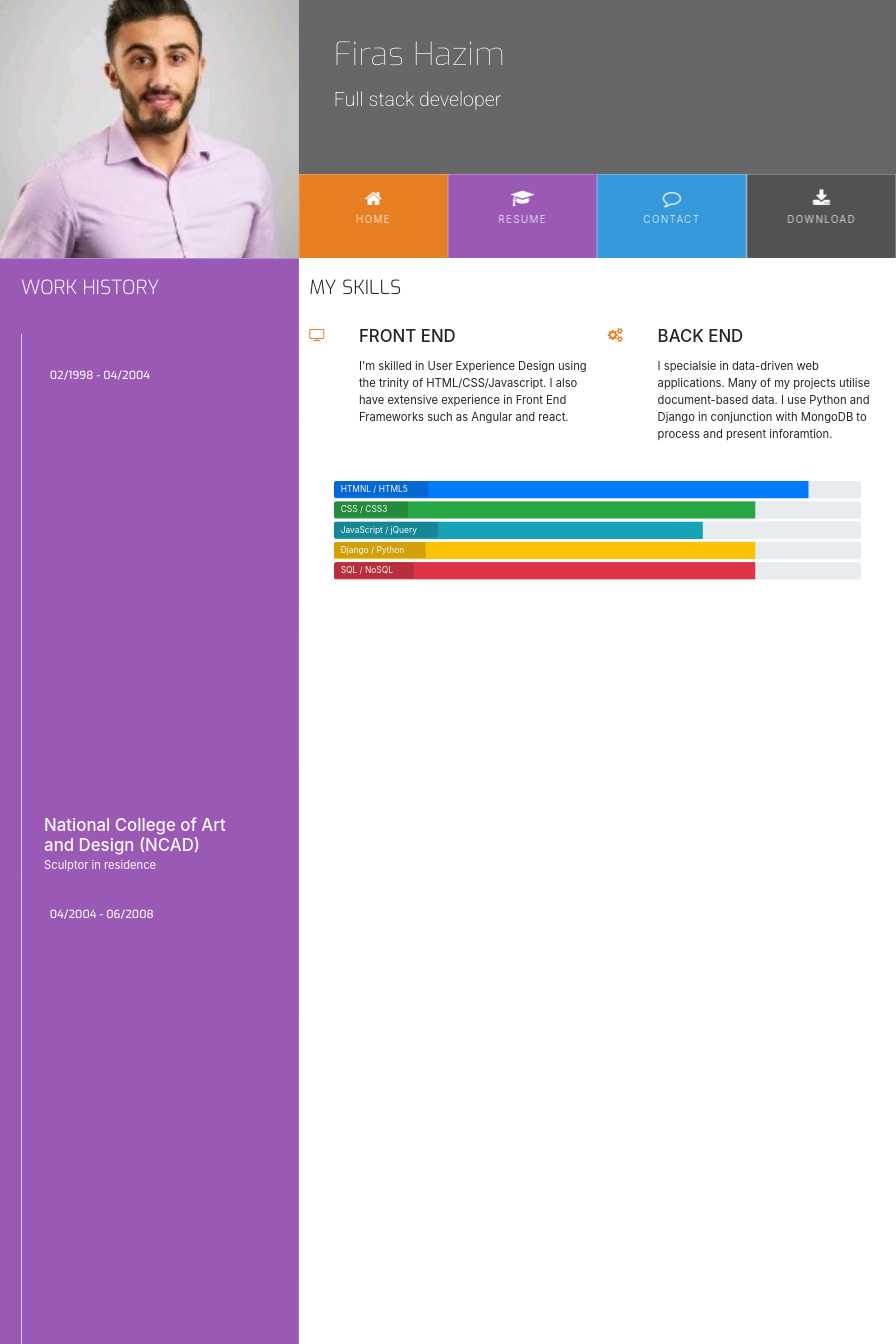
Repository: FirasH94/ResumeProject
Page: resume.html
The author's editor kept a record of every edit. The page is drawn from the files as they stood at one moment, then again after the next edit.
The browser window is 1280 px wide. The pictures show the part of the page from y = 0 to 1920 px (the page is 3717 px tall before and 4753 px after), at 70% of full size.

Above is the page before.

### resume.html
<!DOCTYPE html>
<html lang="en">
<head>
    <meta charset="UTF-8">
    <meta name="viewport" content="width=device-width, initial-scale=1.0">
    <meta http-equiv="X-UA-Compatible" content="ie=edge">
    <link rel="stylesheet" href="https://stackpath.bootstrapcdn.com/bootstrap/4.3.1/css/bootstrap.min.css" type="text/css" />
    <link rel="stylesheet" href="https://stackpath.bootstrapcdn.com/font-awesome/4.7.0/css/font-awesome.min.css" type="text/css" />
    <link rel="stylesheet" href="https://cdnjs.cloudflare.com/ajax/libs/hover.css/2.3.1/css/hover-min.css" type="text/css" />
    <link rel="stylesheet" href="assets/css/style.css" type="text/css" />
    <title>Firas</title>
</head>
<body>
    <header>
        <div class="row no-gutters">
            <a href="index.html" class="col-md-4 logo">

            </a>
            <div class="col-md-8">
                <div class="row bg-color-name-title no-gutters">
                    <div class="col heading">
                        <h1 class="name">Firas Hazim</h1>
                        <h2 class="title">Full stack developer</h2>
                    </div>
                </div>
                <div class="row no-gutters">
                    <div class="col">
                        <ul id="nav" class="list-inline menucontainer">
                            <li class="col-6 col-sm-3 ui-menu-color-home list-inline-item menuitem hvr-sweep-to-bottom">
                                <a href="#"><i class="fa fa-home" aria-hidden="true"></i><span>Home</span></a>
                            </li>
                            <li class="col-6 col-sm-3 ui-menu-color-resume list-inline-item menuitem hvr-sweep-to-bottom">
                                <a href="#"><i class="fa fa-graduation-cap" aria-hidden="true"></i><span>Resume</span></a>
                            </li>
                            <li class="col-6 col-sm-3 ui-menu-color-contact list-inline-item menuitem hvr-sweep-to-bottom">
                                <a href="#"><i class="fa fa-comment-o" aria-hidden="true"></i><span>Contact</span></a>
                            </li>
                            <li class="col-6 col-sm-3 ui-menu-color-download list-inline-item menuitem hvr-sweep-to-bottom">
                                <a href="#"><i class="fa fa-download" aria-hidden="true"></i><span>Download</span></a>
                            </li>
                        </ul>
                    </div>
                </div>
            </div>
        </div>
    </header>
<section class="container-fluid">
        <div class="row">
            <div class="col-md-4 bg-color-work-history section-column">
                <div class="row">
                    <div class="col-12">
                        <h3 class="history-heading uppercase">
                            Work history
                        </h3>
                    </div>
                </div>
                    <div class="timeline-item" data-dates="02/1998 - 04/2004">
                        <h4>National College of Art and Design (NCAD)</h4>
                        <p>Sculptor in residence</p>
                        </div>
                        <div class="timeline-item" data-dates="04/2004 - 06/2008">
                            <h4>Fisher and Diaz Funeral Directors</h4>
                            <p>Junior Embalmer</p>
                        </div>
                        <div class="timeline-item" data-dates="00/2008 - 04/2011">
                            <h4>Phantom Design Inc. Dublin</h4>
                            <p>Junior Front end Developer</p>
                        </div>
                        <div class="timeline-item" data-dates="04/2011 - Present">
                            <h4>Hooli Inc. Silicon Valley</h4>
                            <p>Full Stack Web Developer</p>
                        </div>
            </div>

            <div class="col-md-8 bg-color-three-reasons">
                <div class="row">
                    <div class="col">
                        <h3 class="section-heading uppercase">My Skills</h3>
                    </div>
                </div>
                <div class="row">
                    <div class="col-10 offset-1 offset-sm-0 col-sm-4 col-md-6">
                        <div class="row">
                            <div class="col-2">
                                <i class="three-reasons-icon fa fa-tv" aria-hidden="true"></i>
                            </div>
                            <div class="col-10">
                                <h4 class="three-reasons-heading uppercase">Front End</h4>
                                <p>
                                    I'm skilled in User Experience Design using the trinity of HTML/CSS/Javascript.
                                    I also have extensive experience in Front End Frameworks such as Angular and react.
                                </p>
                            </div>
                        </div>
                    </div>
                    <div class="col-10 offset-1 offset-sm-0 col-sm-4 col-md-6">
                        <div class="row">
                            <div class="col-2">
                                <i class="three-reasons-icon fa fa-gears" aria-hidden="true"></i>
                            </div>
                            <div class="col-10">
                                <h4 class="three-reasons-heading uppercase">Back End</h4>
                                <p>
                                   I specialsie in data-driven web applications. Many of my projects utilise document-based data.
                                   I use Python and Django in conjunction with MongoDB to process and present inforamtion.
                                </p>
                            </div>
                        </div>
                    </div>

                </div>
                <div class="row progress-section">
                    <div class="col">
                        <div class="progress">
                            <div class="progress-bar" role="progressbar" aria-valuenow="90" aria-valuemin="0"
                            aria-valuemax="100" style="width:90%;">
                                <span class="sr-only">90% Complete</span>
                            </div>
                            <span class="progress-type">HTMNL / HTML5</span>
                        </div>
                         <div class="progress">
                            <div class="progress-bar bg-success" role="progressbar" aria-valuenow="80" aria-valuemin="0"
                            aria-valuemax="100" style="width:80%;">
                                <span class="sr-only">80% Complete</span>
                            </div>
                            <span class="progress-type">CSS / CSS3</span>
                        </div>
                        <div class="progress">
                            <div class="progress-bar bg-info" role="progressbar" aria-valuenow="70" aria-valuemin="0"
                            aria-valuemax="100" style="width:70%;">
                                <span class="sr-only">70% Complete</span>
                            </div>
                            <span class="progress-type">JavaScript / jQuery</span>
                        </div>
                        <div class="progress">
                            <div class="progress-bar bg-warning" role="progressbar" aria-valuenow="80" aria-valuemin="0"
                            aria-valuemax="100" style="width:80%;">
                                <span class="sr-only">80% Complete</span>
                            </div>
                            <span class="progress-type">Django / Python</span>
                        </div>
                        <div class="progress">
                            <div class="progress-bar bg-danger" role="progressbar" aria-valuenow="80" aria-valuemin="0"
                            aria-valuemax="100" style="width:80%;">
                                <span class="sr-only">80% Complete</span>
                            </div>
                            <span class="progress-type">SQL / NoSQL</span>
                        </div>
                    </div>
                </div>
            </div>
        </div>

    </section>
    <footer class="container-fluid">
        <div id="footer-details" class="row">
            <div class="col-sm-4">
                <h5 class="uppercase general-sub">About</h5>
                <p class="inline-block">
                    Lorem ipsum dolor sit amet, consectetur adipisicing elit.
                    Veritatis quis harum, architecto, itaque nihil id at repellat et possimus! Quas.
                </p>
            </div>
            <div class="col-sm-4">
                <h5 class="uppercase general-sub">Download</h5>
                <p class="inline-block">
                    Need a printable version of my CV? Download it here
                    <a href="#" target="_blank" class="cv-pdf">
                        <i class="fa fa-download" aria-hidden="true"></i>
                        <span class="sr-only">Download link.</span>
                    </a>
                </p>
            </div>
            <div class="col-sm-4">
                <h5 class="uppercase general-sub">Social</h5>
                <ul class="list-inline social-links">
                    <li class="list-inline-item">
                        <a target="_blank" href="#">
                            <i class="fa fa-facebook" aria-hidden="true"></i>
                            <span class="sr-only">Facebook</span>
                        </a>
                    </li>
                                        <li class="list-inline-item">
                        <a target="_blank" href="#">
                            <i class="fa fa-twitter" aria-hidden="true"></i>
                            <span class="sr-only">Twitter</span>
                        </a>
                    </li>
                    <li class="list-inline-item">
                        <a target="_blank" href="#">
                            <i class="fa fa-linkedin" aria-hidden="true"></i>
                            <span class="sr-only">LinkedIn</span>
                        </a>
                    </li>
                    <li class="list-inline-item">
                        <a target="_blank" href="#">
                            <i class="fa fa-pinterest" aria-hidden="true"></i>
                            <span class="sr-only">Pinterest</span>
                        </a>
                    </li>
                    <li class="list-inline-item">
                        <a target="_blank" href="#">
                            <i class="fa fa-instagram" aria-hidden="true"></i>
                            <span class="sr-only">Instagram</span>
                        </a>
                    </li>
                    <li class="list-inline-item">
                        <a target="_blank" href="#">
                            <i class="fa fa-youtube" aria-hidden="true"></i>
                            <span class="sr-only">Youtube</span>
                        </a>
                    </li>
                </ul>
            </div>
        </div>

    </footer>
</body>
</html>

### assets/css/style.css
@import url('https://fonts.googleapis.com/css?family=Roboto:100,200,300,400,500,600,700|Exo:100,200,300,400,500,600,700');

.bg-color-name-title{
background-color:#676767;
}

.bg-color-three-reasons {
    background-color: #fff;
}

.bg-color-personal-info {

background-color: #f4f4f4;
}

.bg-color-work-history {
background-color: #9b59b6;
}

.ui-menu-color-home {
    background-color: #e67e22;
}

.ui-menu-color-resume {
    background-color: #9b59b6;
}

.ui-menu-color-contact {
    background-color: #3498db;
}

.ui-menu-color-download {
    background-color: #525252;
}

/* --------------------------------------Special paddings/margins/text */

h1,h2,h3,h4 {
    margin: 0;
}

.uppercase {
    text-transform: uppercase;
}

.general-sub {
    font-family: "Exo" , sans-serif;
    font-weight: 300;
    color: #fafafa;
}

.inline-block {
    display: inline-block;
}

.row-table {
    display: table;
}

.section-column {
    display: table-cell;
    padding: 0 30px 30px;
    float: none;
}

.history-heading,
.section-heading {
    font-family: "Exo", sans-serif;
    font-weight: 300;
    margin-top: 25px;
    margin-bottom: 40px;
}

/* --------------------------------------Heading */

header {
    margin:0;
}

.heading {
     margin-left: 50px;
}

.logo {
background: url("../images/profile_pic.jpg");
background-position: center;
background-repeat: no-repeat;
background-size: cover;
min-height: 360px;
transition: all .5s ease-in-out;
-moz-transition: all .5s ease-in-out;
-webkit-transition: all .5s ease-in-out;
}


.name {
    font-family: "Exo", sans-serif;
    font-weight: 100;
    font-size: 46px;
    margin-top: 50px;
    color: #fff;
}

.title {
    font-family: "Roboto", sans-serif;
    font-weight: 200;
    font-size: 28px;
    margin-top: 20px;
    margin-bottom: 90px;
    color: #fff;
}

.list-inline-item:not(:last-child){
    margin: 0;
}

.menucontainer {
    font-size: 0;
}

#nav {
    margin: 0;
}

#nav li {
    font-size: 14px;
    padding: 0;
}

.menuitem {
    height: 120px;
    text-align: center;
    padding: 0;
}

.menuitem a {
    width: 100%;
    text-decoration: none;
    color: #fff;
    height: 120px;
}

.menuitem a i {
    padding-top: 22px;
    display: block;
    color: #fafafa;
    font-size: 26px;
}

.menuitem span {
    display: block;
    width: 100%;
    padding-top: 5px;
    text-align: center;
    text-transform: uppercase;
    font-size: 14px;
    font-weight: 300;
    letter-spacing: 2px;
}

/* --------------------------Hover.css */

.hvr-sweep-to-bottom:before {
    background-color: rgba(0, 0, 0, 0.2);
    height: 120px;
}

/* --------------------------------------Footer */

footer {
    background-color: #525252;
    color: #fafafa;
    min-height: 120px;
    margin: 0;
}


.cv-pdf i {
    font-size: 18px;
    color: #fafafa;
    text-align: center;
    padding-left: 5px;
    transition: all 0.35s ease-in-out;
    -moz-transition: all 0.35s ease-in-out;
    -webkit-transition: all 0.35s ease-in-out;
    -o-transition: all 0.35s ease-in-out;
}

.cv-pdf i:hover {
    color: #e84610;
}

.social-links {
    padding-bottom: 15px;
}

.social-links li a i {
    width: 32px;
    height: 32px;
    padding: 12px 0;
    border-radius: 50%;
    font-size: 13px;
    line-height: 7px;
    text-align: center;
    color: #fafafa;
    background: #8f8f8f;
    transition: all 0.35s ease-in-out;
    -moz-transition: all 0.35s ease-in-out;
    -webkit-transition: all 0.35s ease-in-out;
    -o-transition: all 0.35s ease-in-out;
}

.social-links li a i:hover {
    background:#e84610;
}

#footer-details {
    padding: 20px;
}

/* --------------------------------------Three reasons */

.three-reasons-icon {
    font-size: 20px;
    color: #e67e22;
}

.three-reasons-heading {
    margin-bottom: 15px;
}

/* --------------------------------------Personal Info */

.personal-info-item {
    margin-bottom: 20px;
    display: block;
    clear: both;
}

.personal-info-item .key,
.personal-info-item .value {
    padding-right: 8px;
    display: inline-block;
}

.personal-info-item .key p,
.personal-info-item .value p {
    margin: 0;
}

.personal-info-item .key {
    width: 30%;
    margin-right: 21px;
    padding-top: 2px;
    vertical-align: top;
}

.personal-info-item .key p {
    font-weight: 700;
}

.personal-info-item .value {
    position: relative;
    width: 60%;
}

/* --------------------------------------Skills */

.progress{
position:relative;
height: 25px;
margin-bottom: 4px;

}

.progress-type {
    position: absolute;
    left: 0;
    font-weight: 400;
    padding: 3px 30px 2px 10px;
    color: #fafafa;
    background-color: rgba(25, 25, 25, 0.2);
}

.progress-section {
    margin: 40px 20px;
}

/* --------------------------------------Work History */

.history-heading {
    color: #fafafa;
    margin-bottom: 50px;
}

.timeline-item {
    padding: 43em 2em 0em 2em;
    position: relative;
    color: #fafafa;
    border-left: 1px solid;
}

.timeline-item p {
    padding: 0;
    margin: 0;
}

.timeline-item:before {
    content: attr(data-dates);
    position: absolute;
    left: 2.5em;
    top: 3em;
    display: block;
    font-family: "Exo" , sans-serif;
    font-weight: 500;
    font-size:  0.8 em;
    padding: 0;
    margin: 0;
}

After the next edit:
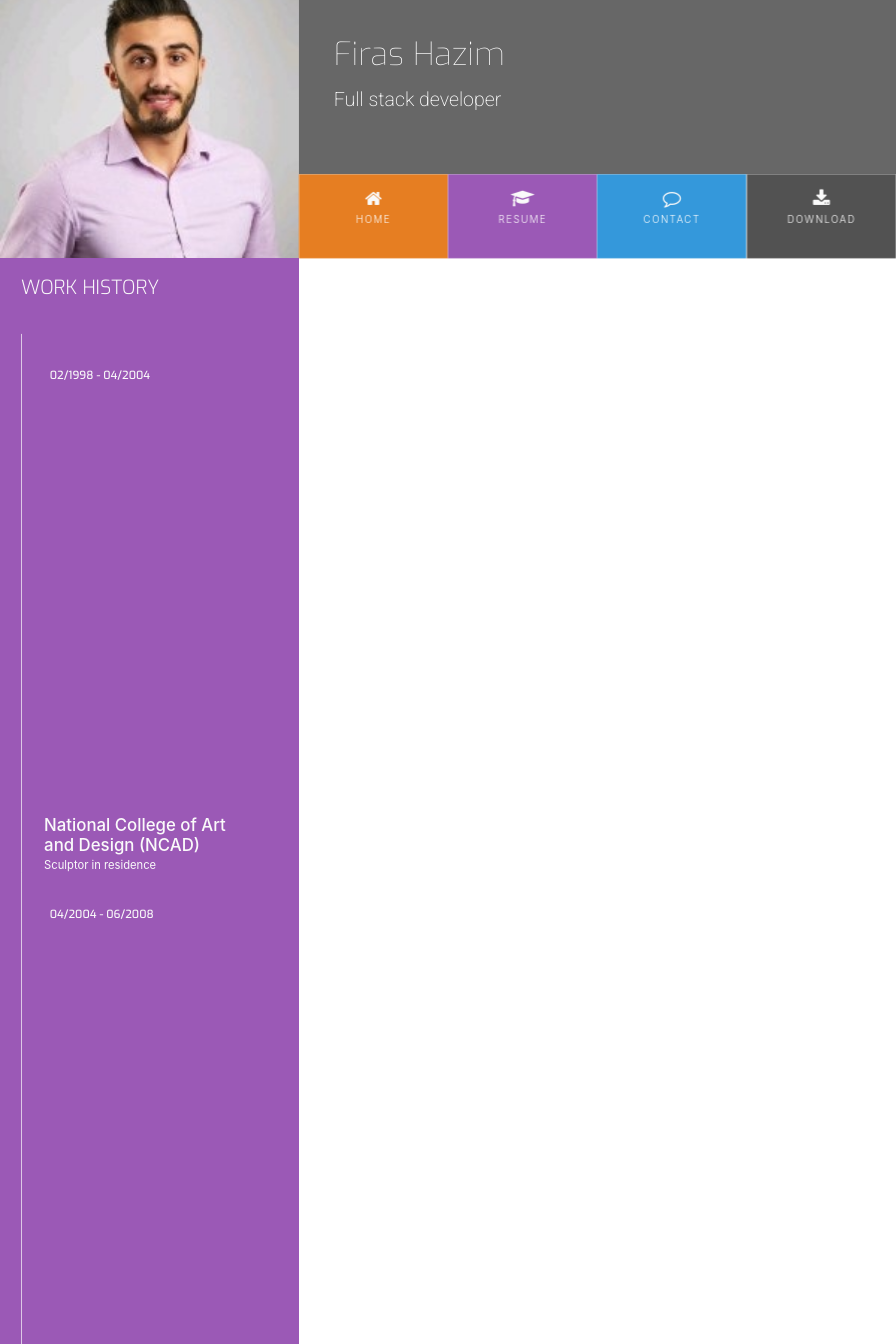
The edit:
--- a/resume.html
+++ b/resume.html
@@ -54,6 +54,7 @@
                         </h3>
                     </div>
                 </div>
+                <div class="history-items">
                     <div class="timeline-item" data-dates="02/1998 - 04/2004">
                         <h4>National College of Art and Design (NCAD)</h4>
                         <p>Sculptor in residence</p>

After the edit that followed:
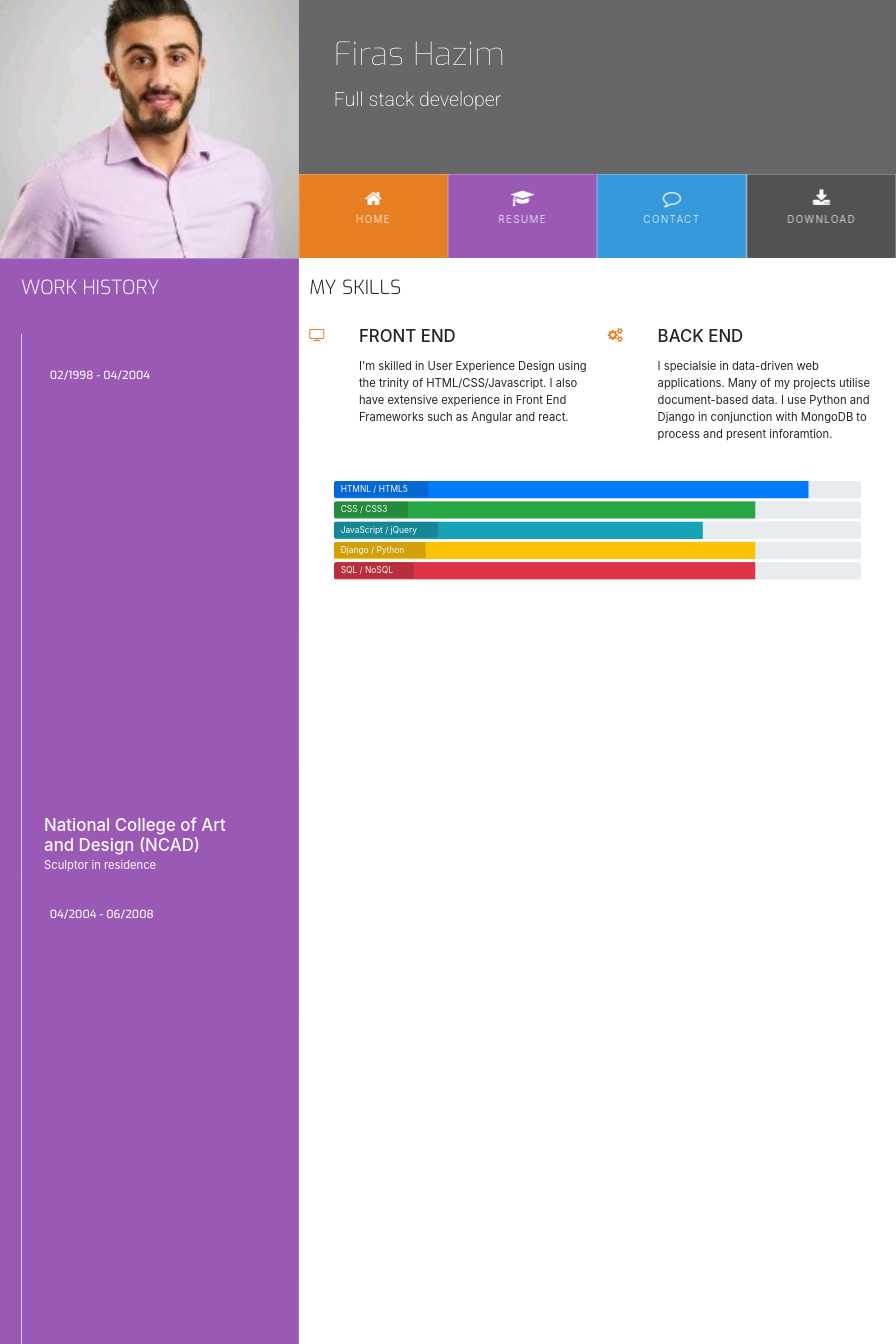
The edit:
--- a/resume.html
+++ b/resume.html
@@ -54,23 +54,24 @@
                         </h3>
                     </div>
                 </div>
-                <div class="history-items">
-                    <div class="timeline-item" data-dates="02/1998 - 04/2004">
-                        <h4>National College of Art and Design (NCAD)</h4>
-                        <p>Sculptor in residence</p>
-                        </div>
-                        <div class="timeline-item" data-dates="04/2004 - 06/2008">
-                            <h4>Fisher and Diaz Funeral Directors</h4>
-                            <p>Junior Embalmer</p>
-                        </div>
-                        <div class="timeline-item" data-dates="00/2008 - 04/2011">
-                            <h4>Phantom Design Inc. Dublin</h4>
-                            <p>Junior Front end Developer</p>
-                        </div>
-                        <div class="timeline-item" data-dates="04/2011 - Present">
-                            <h4>Hooli Inc. Silicon Valley</h4>
-                            <p>Full Stack Web Developer</p>
-                        </div>
+                    <div class="history-items">
+                        <div class="timeline-item" data-dates="02/1998 - 04/2004">
+                            <h4>National College of Art and Design (NCAD)</h4>
+                            <p>Sculptor in residence</p>
+                            </div>
+                            <div class="timeline-item" data-dates="04/2004 - 06/2008">
+                                <h4>Fisher and Diaz Funeral Directors</h4>
+                                <p>Junior Embalmer</p>
+                            </div>
+                            <div class="timeline-item" data-dates="00/2008 - 04/2011">
+                                <h4>Phantom Design Inc. Dublin</h4>
+                                <p>Junior Front end Developer</p>
+                            </div>
+                            <div class="timeline-item" data-dates="04/2011 - Present">
+                                <h4>Hooli Inc. Silicon Valley</h4>
+                                <p>Full Stack Web Developer</p>
+                            </div>
+                    </div>
             </div>
 
             <div class="col-md-8 bg-color-three-reasons">
